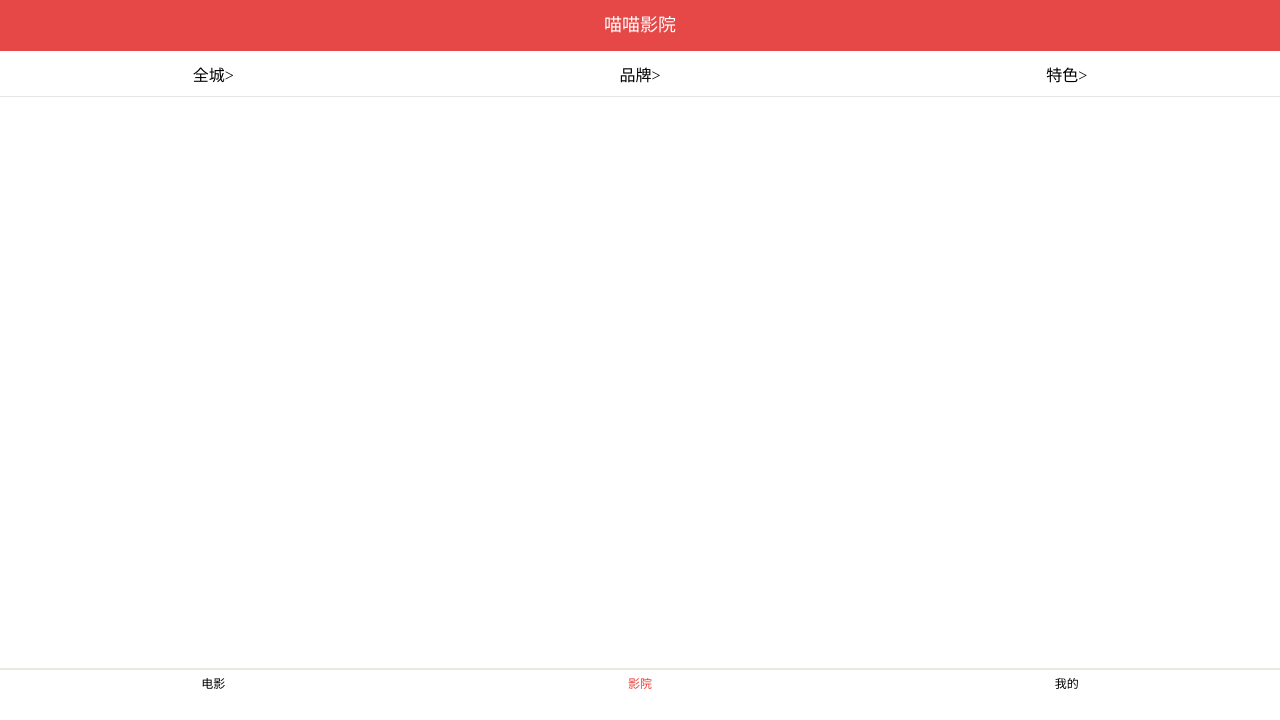
Repository: X-J-0/miaomiao_film
Page: /cinema (app in miaomiao/)
The author's editor kept a copy of each file at every save. The page is drawn from the files as they stood at one save, then again after the next save.
The browser window is 1280 px wide. The pictures show the whole page.
The page's requests for data from a server got no answer. The project was rebuilt for these pictures with package versions that can differ from the ones it lists, and the page was loaded fresh each time. No one was signed in, and anything a server would have sent is missing. Also part of the build but not shown: miaomiao/vue.config.js.

Above is the page before, as saved 2020-03-27 20:38:06.

After the next save:
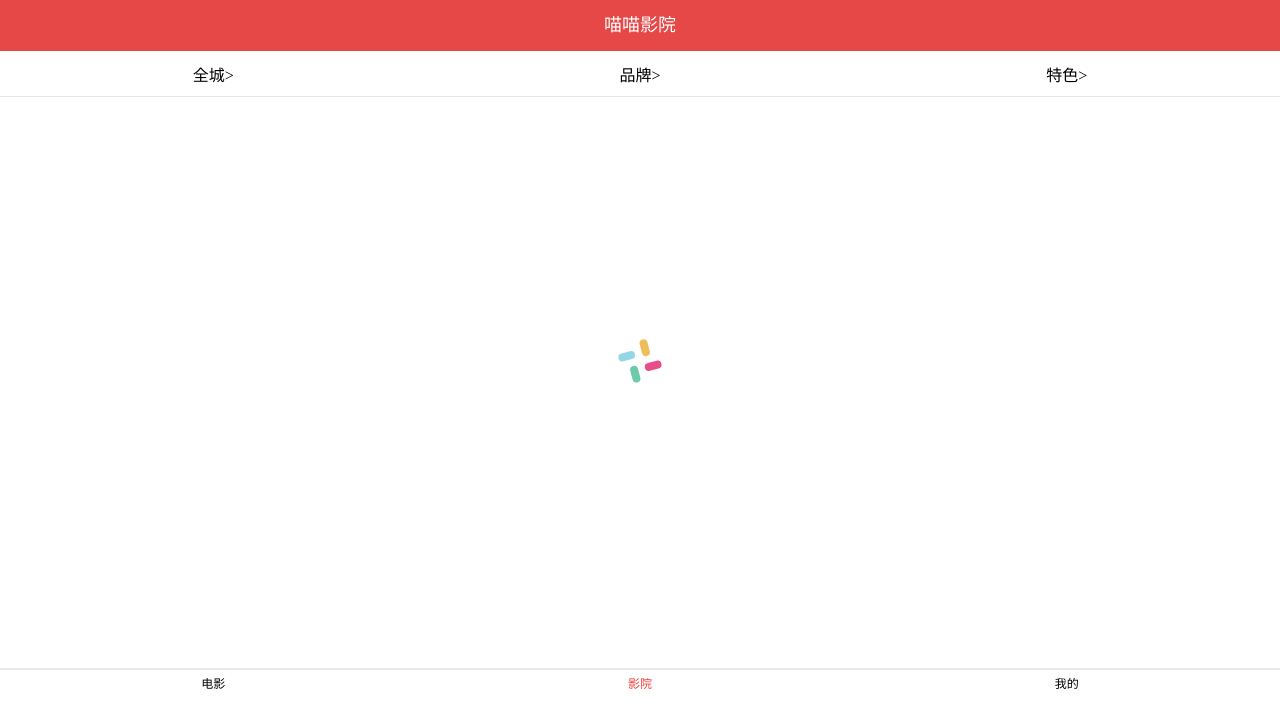
Saved 39 s later.
--- a/miaomiao/src/components/Allocate/index.vue
+++ b/miaomiao/src/components/Allocate/index.vue
@@ -1,6 +1,7 @@
 <template>
 <div class="cinema_body">
-    <ul>
+    <Loading v-if="isLoading"/>
+    <ul v-else>
         <li v-for="item in cinemaList" :key="item.id">
             <div>
                 <span>{{item.nm}}</span>
